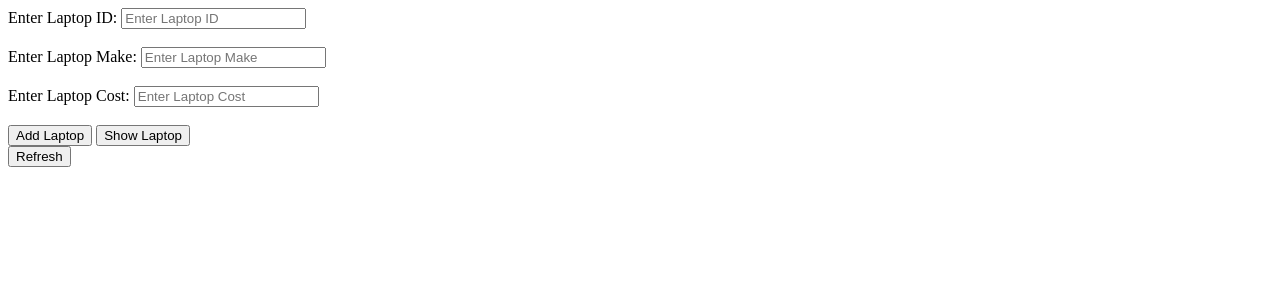
Repository: satvikagrasani/Spring-WorkSpace
Page: SpringMVC/WebAppDemo/AssignmentApp/src/main/webapp/index.html
These files come from the project's save history. The page is drawn as it stood at one moment and after the next save; the edit follows.
The browser window is 1280 px wide. The pictures show the whole page.

Above is the page before, as saved 2023-08-22 08:18:04.

After the next save:
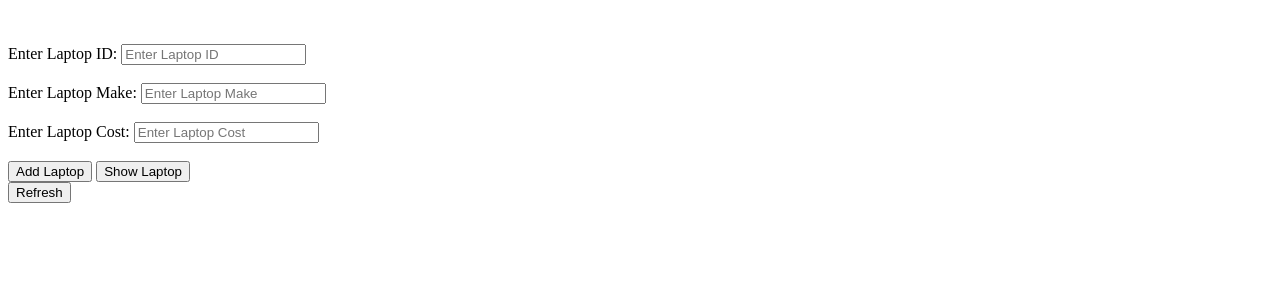
Saved 17 s later.
--- a/SpringMVC/WebAppDemo/AssignmentApp/src/main/webapp/index.html
+++ b/SpringMVC/WebAppDemo/AssignmentApp/src/main/webapp/index.html
@@ -7,7 +7,7 @@
 <body>
 
 
-	<form>
+	<form><br><br>
 		Enter Laptop ID: <input type="number" name="ID" placeholder="Enter Laptop ID" /><br><br>
 		Enter Laptop Make: <input type="text" name="Make" placeholder="Enter Laptop Make"/><br><br>
 		Enter Laptop Cost: <input type="number" name="Cost" placeholder="Enter Laptop Cost"/><br><br>
